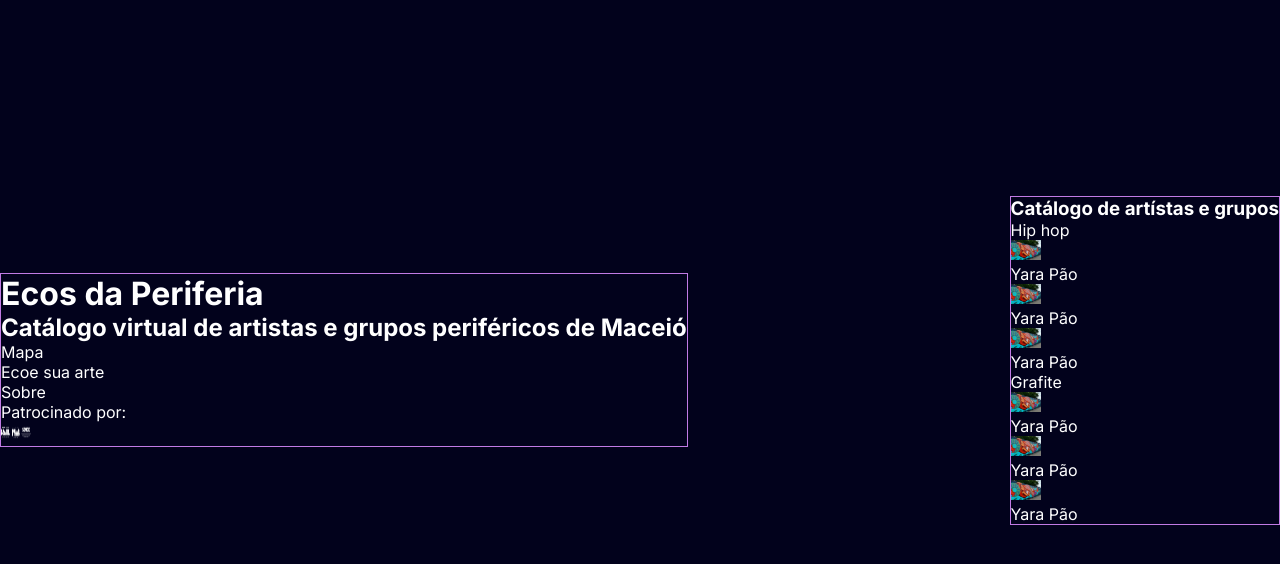
Repository: lucasthaynan/ecos-da-periferia
Page: index.html
The author's editor kept a copy of each file at every save. The page is drawn from the files as they stood at one save, then again after the next save.
The browser window is 1280 px wide. The pictures show the whole page.

Above is the page before, as saved 2025-11-11 17:40:23.

After the next save:
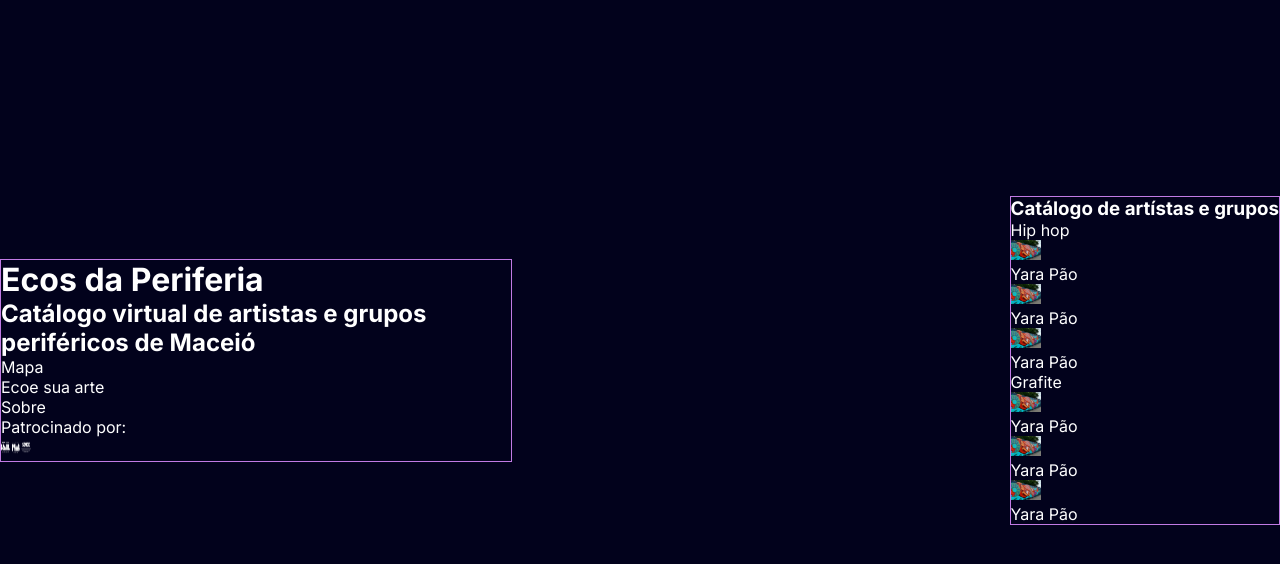
Saved 17 s later.
--- a/style.css
+++ b/style.css
@@ -34,3 +34,7 @@
 section {
     border: #C17AE4 solid 1px;
 }
+
+header {
+    width: 40vw;
+}
